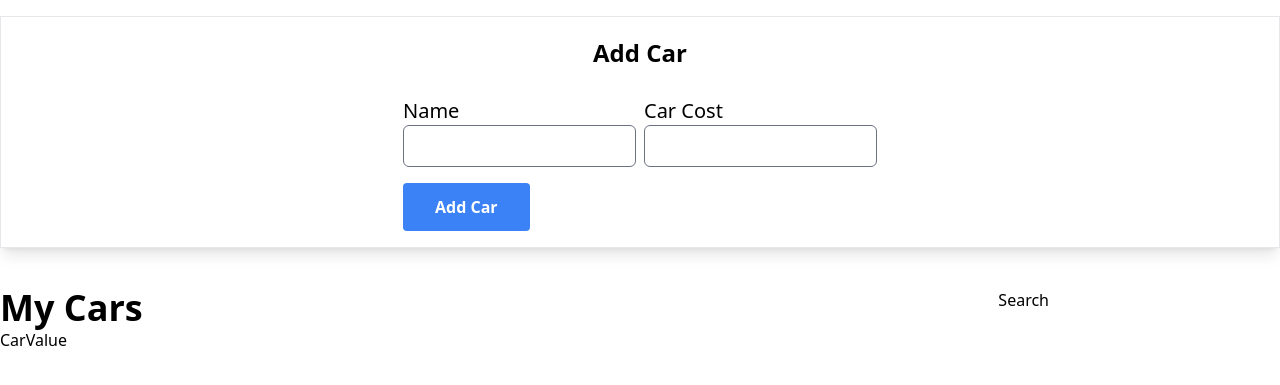
Repository: Marhamat92/carsappreduxtoolkit
Page: /
An editor plug-in stored every save of this project. The page is shown before and after the next save, followed by the edit.
The browser window is 1280 px wide. The pictures show the whole page.
The project was rebuilt for these pictures with package versions that can differ from the ones it lists, and the page was loaded fresh each time.

Above is the page before, as saved 2023-01-23 23:58:33.

### src/index.js
import React from 'react';
import ReactDOM from 'react-dom/client';
import './index.css';
import App from './App';
import { Provider } from 'react-redux';
import { store } from './store'


const root = ReactDOM.createRoot(document.getElementById('root'));
root.render(
  <Provider store={store}>
    <App />
  </Provider>
);

### src/App.js
import CarForm from "./components/CarForm";
import CarList from "./components/CarList";
import CarSearch from "./components/CarSearch";
import CarValue from "./components/CarValue";


function App() {
  return (
    <div className="container mx-auto">
      <CarForm />
      <CarSearch />
      <CarList />
      <CarValue />
    </div>
  );
}

export default App;

### src/store/index.js
import { configureStore } from "@reduxjs/toolkit";
import {
  carsReducer,
  addCar,
  removeCar,
  changeSearchTerm,
} from "./slices/carsSlice";
import { formReducer, changeName, changeCost } from "./slices/formSlice";

const store = configureStore({
  reducer: {
    cars: carsReducer,
    form: formReducer,
  },
})

export { store, addCar, removeCar, changeSearchTerm, changeName, changeCost };

### src/components/CarForm.js
import React from 'react'
import { useDispatch, useSelector } from 'react-redux'
import { changeName, changeCost, addCar } from '../store'



function CarForm() {
  const dispatch = useDispatch(); // this is the hook that allows us to dispatch actions to the store
  const { name, cost } = useSelector((state) => { // this is the hook that allows us to access the store
    return {
      name: state.form.name,
      cost: state.form.cost
    }
  })


  const handleNameChange = (e) => {
    dispatch(changeName(e.target.value))
  }

  const handleCostChange = (e) => {
    const carCost = parseInt(e.target.value) || 0;
    dispatch(changeCost(carCost))

  }


  const handleSubmit = (e) => {
    e.preventDefault();
    dispatch(addCar({ name, cost }))
  }


  //!after adding a car, clear the form fields with extra reducers which will be added to the formSlice,otherwise we can use dispatch(changeName('')) and dispatch(changeCost(0)) to clear the form fields but it is not a good practice



  return (
    <div className='flex flex-col items-center justify-center border shadow-lg py-4 mt-4'>
      <h1 className='font-bold text-2xl py-1' >Add Car</h1>
      <div className='mt-6'>
        <form onSubmit={handleSubmit} className=''>
          <div className='flex flex-row space-x-2'>
            <div className='flex flex-col'>
              <label className='text-xl' htmlFor='make'>Name</label>
              <input className=' border border-gray-500 rounded-md py-2

              ' value={name} onChange={handleNameChange} type='text' name='carName' id='carName' />
            </div>
            <div className='flex flex-col'>
              <label className='text-xl' htmlFor='price'>Car Cost</label>
              <input className=' border border-gray-500 rounded-md py-2

              ' value={cost || ''} onChange={handleCostChange} type='number' name='price' id='price' />
            </div>
          </div>
          <button className='bg-blue-500 hover:bg-blue-700 text-white font-bold py-3  px-8 rounded mt-4' type='submit'>Add Car</button>
        </form>
      </div>
    </div>
  )
}

export default CarForm

### src/components/CarList.js
import React from 'react'
import { useSelector, useDispatch } from 'react-redux'
import { removeCar } from '../store'


function CarList() {


  const dispatch = useDispatch();

  const cars = useSelector((state) => {
    return state.cars.data;
  })

  const handleDeleteCar = (car) => {
    dispatch(removeCar(car.id))
  }



  const renderedCars = cars.map((car) => {
    return (
      <div className='flex justify-between space-y-3 items-center shadow-lg mt-4 py-2 px-4 rounded-md' key={car.id}>
        <p className='text-3xl' >{car.name} - ${car.cost}</p>
        <button onClick={() => handleDeleteCar(car)} className='bg-red-500 px-4 py-2 text-3xl rounded-md'>
          Remove
        </button>
      </div>
    )
  })




  return (
    <div>{renderedCars}</div>
  )
}

export default CarList

### src/components/CarSearch.js
import React from 'react'

function CarSearch() {
  return (
    <div>
      <div className='flex justify-between mt-10' >
        <h1 className='text-4xl font-bold' >My Cars</h1>
        <div>
          <label htmlFor="">Search</label>
          <input className='border-gray-500' type="text" />
        </div>
      </div>
    </div>
  )
}

export default CarSearch

### src/components/CarValue.js
import React from 'react'

function CarValue() {
  return (
    <div>CarValue</div>
  )
}

export default CarValue

### src/store/slices/carsSlice.js
import { createSlice, nanoid } from '@reduxjs/toolkit';

const carsSlice = createSlice({
  name: 'cars',
  initialState: {
    data: [],
    searchTerm: ''
  },
  reducers: {
    changeSearchTerm(state, action) {
      state.searchTerm = action.payload;
    },
    addCar(state, action) {
      //Assumption:
      //action.payload is an object with the following properties:
      //name, cost, id
      state.data.push({
        name: action.payload.name,
        cost: action.payload.cost,
        id: nanoid()
      })
    },
    removeCar(state, action) {
      //Assumption:
      //action.payload is the id of the car to remove
      const updatedCars = state.data.filter((car) => {
        return car.id !== action.payload;
      })
      state.data = updatedCars;
    }

  }
})

export const { changeSearchTerm, addCar, removeCar } = carsSlice.actions;
export const carsReducer = carsSlice.reducer;

### src/store/slices/formSlice.js
import { createSlice } from '@reduxjs/toolkit';
import { addCar } from './carsSlice';

const formSlice = createSlice({
  name: 'form',
  initialState: {
    name: '',
    cost: 0
  },
  reducers: {
    changeName(state, action) {
      state.name = action.payload;
    },
    changeCost(state, action) {
      state.cost = action.payload;
    }
  },
  extraReducers(builder) {
    builder.addCase(addCar, (state, action) => {
      state.name = '';
      state.cost = 0;
    })
  }
})

//extraReducers is a function that takes a builder object as an argument and we can use the builder object to add extra reducers to the formSlice
//addCase is a function that takes an action and a reducer as arguments and adds the reducer to the formSlice
//the reducer will be called when the action is dispatched


export const { changeName, changeCost } = formSlice.actions;
export const formReducer = formSlice.reducer;

Loaded but not shown: public/index.html (common file); src/index.css (common file); tailwind.config.js (common file)

After the next save:
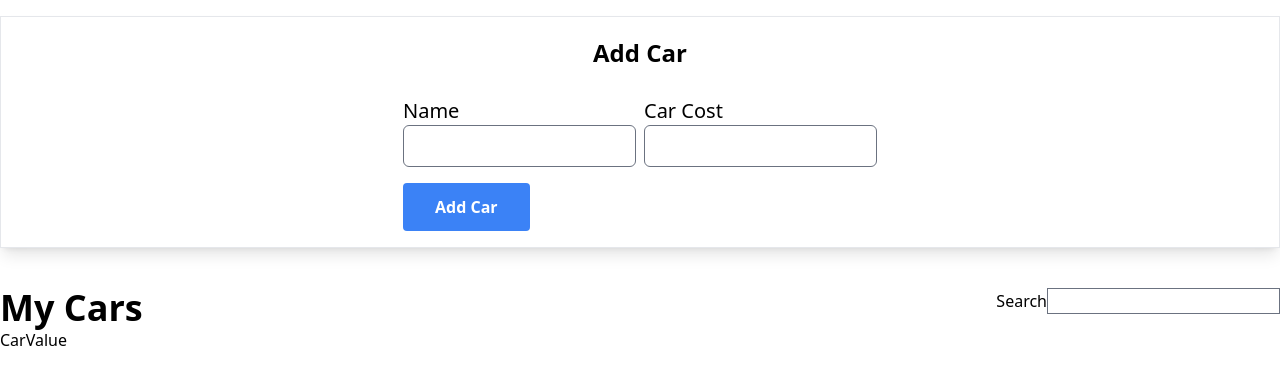
Saved 8 s later.
--- a/src/components/CarSearch.js
+++ b/src/components/CarSearch.js
@@ -7,7 +7,7 @@ function CarSearch() {
         <h1 className='text-4xl font-bold' >My Cars</h1>
         <div>
           <label htmlFor="">Search</label>
-          <input className='border-gray-500' type="text" />
+          <input className=' border border-gray-500' type="text" />
         </div>
       </div>
     </div>
